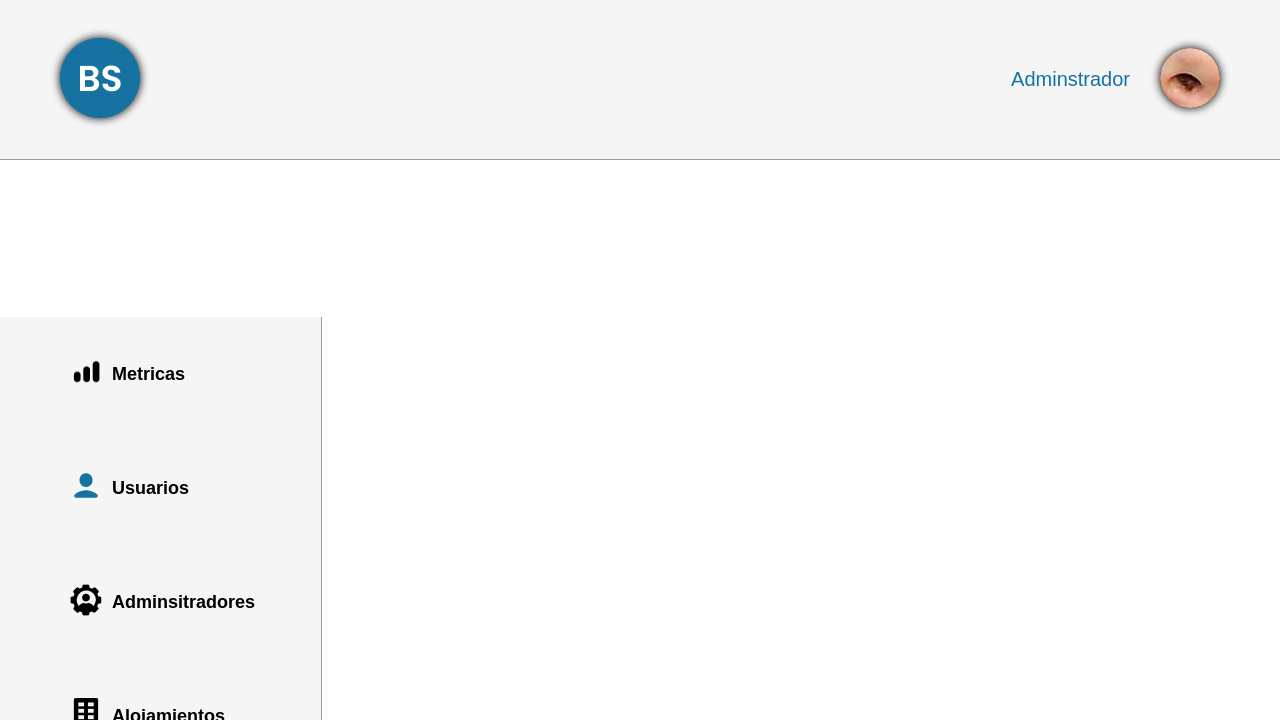
Repository: Cherced/BookingUi
Page: /
The author's editor kept a copy of each file at every save. The page is drawn from the files as they stood at one save, then again after a run of saves.
The browser window is 1280 px wide. The pictures show the whole page.
An inner scrolling area shows only its first screen. Some web fonts or font styles are not loaded; a fallback is used. The project was rebuilt for these pictures with package versions that can differ from the ones it lists, and the page was loaded fresh each time. The framework's server and built-in components were replaced by stand-ins that run in the browser. Also part of the build but not shown: next.config.js.

Above is the page before, as saved 2022-06-03 15:32:58.

After the next 5 saves:
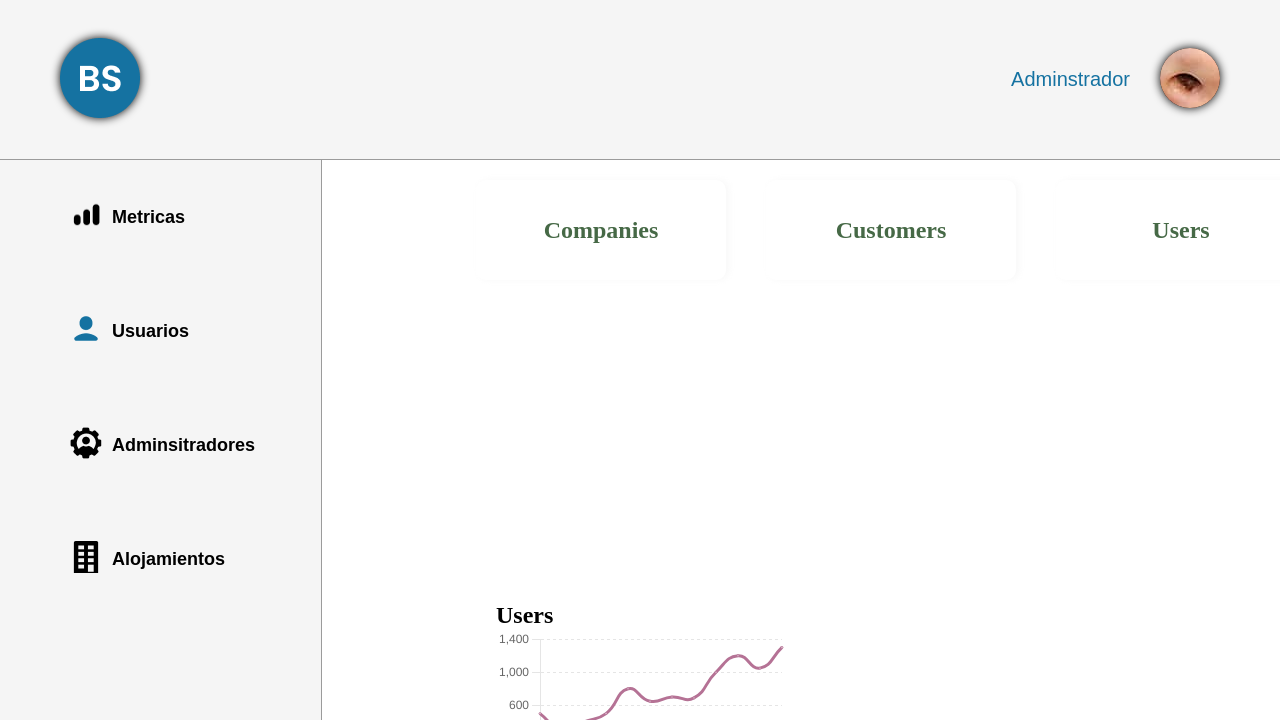
The 5 saves are shown as one change because they came seconds apart.
The last was saved 14 s later.
--- a/sass/components/_contentdash.scss
+++ b/sass/components/_contentdash.scss
@@ -1,5 +1,5 @@
 .contentcontainer{
-
+    grid-area: main;
     display: flex;
     flex-wrap: wrap;
     margin-left:200px;
